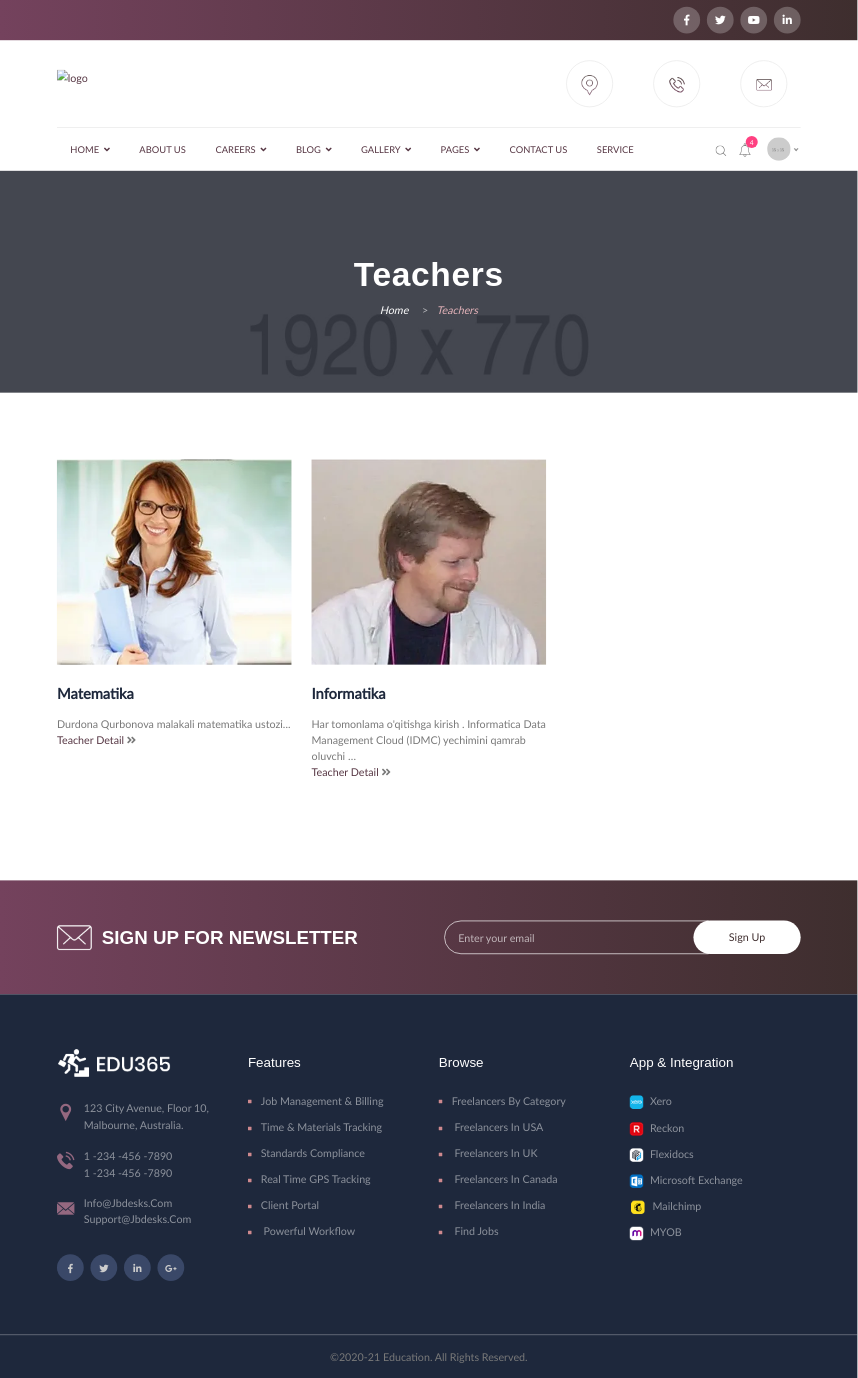
Repository: maqsudov0371/vazifa7oy10dars
Page: http://localhost/teachers/
An editor plug-in stored every save of this project. The page is shown before and after the next save, followed by the edit.
The browser window is 1280 px wide. The pictures show the whole page, at 67% of full size.
Some web fonts or font styles are not loaded; a fallback is used. The page is served by the project's application, run on Django 4.2 (manage.py). Other server files are loaded and not shown. The page reads the database file committed with the project.

Above is the page before, as saved 2024-09-11 20:00:19.
Console error: TypeError: Cannot read properties of undefined (reading 'left')

### main/templates/main/teachers.html
{% extends 'base.html' %}

{% block slider %}
{% endblock slider %}

{% block content %}
    <!-- inner header wrapper start -->
    <div class="page_title_section float_left">
        <div class="page_header">
            <div class="container">
                <div class="row">
                    <!-- section_heading start -->
                    <div class="col-lg-12 col-md-12 col-12 col-sm-12">
                        <h1>Teachers</h1>
                    </div>
                    <div class="col-lg-12 col-md-12 col-12 col-sm-12">
                        <div class="sub_title_section">
                            <ul class="sub_title">
                                <li><a href="{% url 'main:home' %}">Home</a> &nbsp;&nbsp;&nbsp; &gt; &nbsp;&nbsp;</li>
                                <li>Teachers</li>
                            </ul>
                        </div>
                    </div>
                </div>
            </div>
        </div>
    </div>
    <!-- inner header wrapper end -->

    <!-- blog wrapper start -->
    <div class="blog_wrapper float_left">
        <div class="container">
            <div class="row">
                <div class="col-xl-8 col-lg-8 col-md-12 col-sm-12 col-xs-12">
                    <div class="row">
                        {% for teacher in teachers %}


                        <div class="col-md-6">
                            <div class="blog-post-wrapper iner_blog">
                                <div class="post-thumbnail">
                                    <img src="{{ teacher.image.url }}" class="img-responsive" alt="Image">
                                </div>
                                <div class="blog-content edu_service_header">
                                    <header class="entry-header">
                                        <h4 class="entry-title edu_service_heading">
                                            <a href="#">{{ teacher.title }}</a>
                                        </h4>
                                    </header>
                                    <div class="entry-content">
                                        <p>{{ teacher.description|truncatewords:13 }}</p>
                                    </div>
                                    <a href="{% url 'main:teacher_detail' pk=teacher.pk %}">Teacher Detail</a>
                                    <i class="fa fa-angle-double-right" aria-hidden="true"></i>
                                </div>
                            </div>
                        </div>
                        {% endfor %}
                    </div>
                </div>

                <!-- Sidebar -->

            </div>
        </div>
    </div>
    <!-- blog wrapper end -->

    <!-- edu letter wrapper Start -->
    <div class="edu_letter_main_wrapper float_left">
        <div class="container">
            <div class="edu_left_envo">
                <img src="images/innn.png" alt="img">
                <h3>Sign Up for Newsletter</h3>
            </div>
            <div class="edu_right_form">
                <input type="text" placeholder="Enter your email">
                <button>Sign Up</button>
            </div>
        </div>
    </div>
    <!-- edu letter wrapper End -->
{% endblock content %}

### templates/base.html
<!DOCTYPE html>
<!--
Template Name: Edu365 Education HTML
Version: 1.0.0
Author: Webstrot

-->
<!--[if IE 8]> <html lang="en" class="ie8 no-js"> <![endif]-->
<!--[if IE 9]> <html lang="en" class="ie9 no-js"> <![endif]-->
<!--[if !IE]><!-->
<html lang="zxx">
<!--[endif]-->

<head>
    <meta charset="utf-8" />
    <title>Edu365 Education HTML Template</title>
    <meta content="width=device-width, initial-scale=1.0" name="viewport" />
    <meta name="description" content="Education" />
    <meta name="keywords" content="Education" />
    <meta name="author" content="" />
    <meta name="MobileOptimized" content="320" />
    <!--Template style -->
    {% include 'components/_style.html' %}

</head>

<body>
        <div id="preloader">
        <div id="status">
            <img src="/static/images/preloader.gif" id="preloader_image" alt="loader">
        </div>
    </div>
    <!-- edu top header wrapper Start -->
        {% include 'components/header/_top_header.html' %}
    <!-- edu top header wrapper End -->

    <!-- edu logo header wrapper Start -->
        {% include 'components/header/_logo_header.html' %}
    <!-- edu logo header wrapper End -->

    <!-- edu navihation header wrapper Start -->
        {% include 'components/header/_navihation_header.html' %}
    <!-- edu navihation header wrapper End -->

        <!-- edu slider wrapper Start -->
        {% block slider %}
        {% include 'components/header/_slider.html' %}
        {% endblock slider %}
    <!-- edu slider wrapper End -->

    {% block content %}
    {% endblock content %}

     <!-- footer Wrapper Start -->
    {% include 'components/_footer.html' %}
    <!-- footer Wrapper End -->

    {% include 'components/_script.html' %}

</body>
</html>

### templates/components/_style.html
{% load static %}
<link rel="stylesheet" type="text/css" href="{% static 'css/animate.css' %}" />
<link rel="stylesheet" type="text/css" href="{% static 'css/bootstrap.min.css' %}" />
<link rel="stylesheet" type="text/css" href="{% static 'css/fonts.css' %}" />
<link rel="stylesheet" type="text/css" href="{% static 'css/font-awesome.css' %}" />
<link rel="stylesheet" type="text/css" href="{% static 'css/nice-select.css' %}" />
<link rel="stylesheet" type="text/css" href="{% static 'css/settings.css' %}" />
<link rel="stylesheet" type="text/css" href="{% static 'css/book.css' %}" />
<link rel="stylesheet" type="text/css" href="{% static 'css/swiper.css' %}" />
<link rel="stylesheet" type="text/css" href="{% static 'css/venobox.css' %}" />
<link rel="stylesheet" type="text/css" href="{% static 'css/testimonial.css' %}" />
<link rel="stylesheet" type="text/css" href="{% static 'css/flaticon.css' %}" />
<link rel="stylesheet" type="text/css" href="{% static 'css/owl.carousel.css' %}" />
<link rel="stylesheet" type="text/css" href="{% static 'css/owl.theme.default.css' %}" />
<link rel="stylesheet" type="text/css" href="{% static 'css/settings.css' %}" />
<link rel="stylesheet" type="text/css" href="{% static 'css/layers.css' %}" />
<link rel="stylesheet" type="text/css" href="{% static 'css/navigation.css' %}" />
<link rel="stylesheet" type="text/css" href="{% static 'css/style.css' %}" />
<link rel="stylesheet" type="text/css" href="{% static 'css/responsive.css' %}" />
<!--favicon-->
<link rel="shortcut icon" type="image/png" href="{% static 'images/favicon.png' %}" />

### templates/components/header/_top_header.html
<div class="edu_top_header_wrapper float_left">
        <div class="container">
            <div class="row">
                <div class="col-xl-6 col-lg-6 col-md-6 col-sm-12 col-12">
                    <div class="edu_top_header_left_wrapper">
                        <p>{{ header.message }}</p>
                    </div>
                </div>
                <div class="col-xl-6 col-lg-6 col-md-6 col-sm-12 col-12">
                    <div class="edu_top_header_right_wrapper">
                        <ul>
                            <li><a href=""><i class="fab fa-facebook-f"></i></a>
                            </li>
                            <li><a href="#"><i class="fab fa-twitter"></i></a>
                            </li>
                            <li><a target="_blank" href="https://www.youtube.com/{{ header.youtube }}"><i class="fab fa-youtube"></i></a>
                            </li>
                            <li><a href="#"><i class="fab fa-linkedin-in"></i></a>
                            </li>
                        </ul>
                    </div>
                </div>
            </div>
        </div>
    </div>

### templates/components/header/_logo_header.html
<div class="edu_logo_header_wrapper float_left">
        <div class="container">
            <div class="row">
                <div class="col-md-12">
                    <div class="edu_border_line">
                        <div class="row">
                            <div class="col-md-3">
                                <div class="edu_logo_main_wrapper">
                                    <a href="index.html">
                                        <img src="{{ header.logo.url }}" alt="logo">
                                    </a>
                                </div>
                            </div>
                            <div class="col-md-9 d-none d-sm-none d-md-block">
                                <div class="lv_share_info_wrapper">
                                    <ul>
                                        <li>
                                            <div class="lv_header_icon">
                                                <img src="/static/images/pin.png" alt="Map Icon" title="Map Icon">
                                            </div>
                                            <p>{{ header.address }}</p>
                                        </li>
                                        <li>
                                            <div class="lv_header_icon">
                                                <img src="/static/images/phone.png" alt="Call Icon" title="Call Icon">
                                            </div>
                                            <p>{{ header.phone1 }}
                                                <br>{{ header.phone2 }}</p>
                                        </li>
                                        <li>
                                            <div class="lv_header_icon">
                                                <img src="/static/images/env.png" alt="Mail Icon" title="Mail Icon">
                                            </div>
                                            <p> <a href="#">{{ header.email1 }}</a>
                                                <br> <a href="#">{{ header.email2 }}</a>
                                            </p>
                                        </li>
                                    </ul>
                                </div>
                            </div>
                        </div>
                    </div>
                </div>
            </div>
        </div>
    </div>
    <a id="back2Top" title="Back to top" href="#">&#10148;</a>

### main/models.py
from django.db import models
from django.contrib.auth.models import AbstractUser, User
from django.urls import reverse
from django.core.validators import FileExtensionValidator
from PIL import Image
from django.db import models



# Create your models here.

class User(AbstractUser):
    phone = models.CharField(max_length=13, blank=True,  db_index=True)
    auth_code = models.CharField(max_length=6, blank=True)

    # def get_absolute_url(self):
    #     print(self)
    #     return reverse("main:account", kwargs={"id": self.id})

    def __str__(self) -> str:
        return f"{self.username}"


class Category(models.Model):
    title = models.CharField(max_length=15)

    def __str__(self) -> str:
        return f"{self.title}"


class Tag(models.Model):
    title = models.CharField(max_length=15)

    def __str__(self) -> str:
        return f"{self.title}"




class Course(models.Model):
    LANGUAGES = (
        ('uz', 'O\'zbekcha'),
        ('ru', 'Ruscha'),
        ('en', 'Inglizcha'),
    )
    title = models.CharField(max_length=100)
    slug = models.SlugField(max_length=255, unique=True, blank=True)
    description = models.TextField()
    duration = models.DurationField(blank=True)
    price = models.DecimalField(max_digits=10, decimal_places=2)  # 100.00
    category = models.ForeignKey('Category', on_delete=models.CASCADE, related_name="courses")
    created_at = models.DateTimeField(verbose_name="Boshlanish vaqti")
    updated_at = models.DateTimeField(auto_now=True, verbose_name="Yangilanish vaqti")
    language = models.CharField(max_length=100, blank=True, choices=LANGUAGES)
    rating = models.PositiveBigIntegerField(verbose_name="Rating", default=0)
    image = models.ImageField(upload_to="images", blank=True)
    tags = models.ManyToManyField('Tag', verbose_name="tags")

    class Meta:
        ordering = ['-rating']

    def save(self, *args, **kwargs):
        # Call the parent save method to save the object
        super().save(*args, **kwargs)

        if self.image:
            img = Image.open(self.image.path)

            # Resize the image to 150x220
            img = img.resize((150, 220), Image.ANTIALIAS)
            img.save(self.image.path)


# -------------------------------------------------------------------

class Header(models.Model):
    message = models.CharField(max_length=150)
    facebook = models.CharField(max_length=30)
    twitter = models.CharField(max_length=30)
    youtube = models.CharField(max_length=30)
    linkedin = models.CharField(max_length=30)
    logo = models.ImageField(upload_to="header/logo/")
    address = models.CharField(max_length=150)
    phone1 = models.CharField(max_length=15)
    phone2 = models.CharField(max_length=15)
    email1 = models.EmailField()
    email2 = models.EmailField()

    def __str__(self):
        return f"{self.message}"


class HeaderImage(models.Model):
    service = models.CharField(max_length=100)
    content = models.CharField(max_length=255)
    header = models.ForeignKey(Header, on_delete=models.CASCADE)
    image = models.ImageField(upload_to='header/images/')


class Service(models.Model):
    title = models.CharField(max_length=150)
    content = models.TextField()
    image = models.ImageField(upload_to="service/", help_text="O'lcham: 160x250 px")
    book_image = models.ImageField(upload_to="book/image/", help_text="O'lcham 371x202 px")
    created_at = models.DateTimeField(auto_now_add=True)


class ServiceBook(models.Model):
    service = models.ForeignKey(Service, on_delete=models.PROTECT)
    file = models.FileField(upload_to="book/file/", validators=[
        FileExtensionValidator(allowed_extensions=['pdf', 'doc', 'docx'])
    ])


class Teachers(models.Model):
    title = models.CharField(max_length=255)
    name = models.CharField(max_length=100)
    image = models.ImageField(upload_to="teachers/images/", help_text="O'lcham 372x325 px")
    description = models.TextField()
    age = models.PositiveIntegerField()

### config/urls.py
"""
URL configuration for config project.

The `urlpatterns` list routes URLs to views. For more information please see:
    https://docs.djangoproject.com/en/4.2/topics/http/urls/
Examples:
Function views
    1. Add an import:  from my_app import views
    2. Add a URL to urlpatterns:  path('', views.home, name='home')
Class-based views
    1. Add an import:  from other_app.views import Home
    2. Add a URL to urlpatterns:  path('', Home.as_view(), name='home')
Including another URLconf
    1. Import the include() function: from django.urls import include, path
    2. Add a URL to urlpatterns:  path('blog/', include('blog.urls'))
"""
from django.contrib import admin
from django.urls import path, include
from django.conf import settings
from django.conf.urls.static import static

urlpatterns = [
    path('admin/', admin.site.urls),
    path('', include('main.urls', namespace="main")),
]

urlpatterns += static(settings.MEDIA_URL, document_root=settings.MEDIA_ROOT)

### main/urls.py
from django.urls import path
from .views import (HomePageView, RegisterView, LoginView, CourseDetailView,
                    AddCourseView, UpdateCourseView, ServiceView, ServiceDetailView, TeacherView, TeacherDetailView)

app_name = 'main'

urlpatterns = [
    path('', HomePageView.as_view(), name="home"),
    path('register', RegisterView.as_view(), name="register"),
    path('login', LoginView.as_view(), name="kirish"),
    path('course/<str:slug>', CourseDetailView.as_view(), name="detail"),
    path('add_course', AddCourseView.as_view(), name="add_course"),
    path('course/<int:pk>/edit', UpdateCourseView.as_view(), name="update_course"),
    path('service/', ServiceView.as_view(), name="services"),
    path('service_detail/<int:pk>/', ServiceDetailView.as_view(), name='service_detail'),
    path('teachers/', TeacherView.as_view(), name='teachers'),
   path('teacher/<int:pk>/', TeacherDetailView.as_view(), name='teacher_detail'),

]

### staticfiles/css/flaticon.css
	/*
  	Flaticon icon font: Flaticon
  	Creation date: 03/07/2019 08:55
  	*/

@font-face {
  font-family: "Flaticon";
  src: url("../fonts/Flaticon.eot");
  src: url("../fonts/Flaticon.eot?#iefix") format("embedded-opentype"),
       url("../fonts/Flaticon.woff2") format("woff2"),
       url("../fonts/Flaticon.woff") format("woff"),
       url("../fonts/Flaticon.ttf") format("truetype"),
       url("../fonts/Flaticon.svg#Flaticon") format("svg");
  font-weight: normal;
  font-style: normal;
}

@media screen and (-webkit-min-device-pixel-ratio:0) {
  @font-face {
    font-family: "Flaticon";
    src: url("./Flaticon.svg#Flaticon") format("svg");
  }
}

[class^="flaticon-"]:before, [class*=" flaticon-"]:before,
[class^="flaticon-"]:after, [class*=" flaticon-"]:after {
  font-family: Flaticon;
        font-size: 20px;
font-style: normal;
margin-left: 20px;
}

.flaticon-menu:before { content: "\f100"; }
.flaticon-close-envelope:before { content: "\f101"; }
.flaticon-telephone:before { content: "\f102"; }
.flaticon-map-marker:before { content: "\f103"; }
.flaticon-plus-symbol:before { content: "\f104"; }
.flaticon-left-arrow:before { content: "\f105"; }
.flaticon-right-arrow:before { content: "\f106"; }
.flaticon-notification:before { content: "\f107"; }
.flaticon-college-graduation:before { content: "\f108"; }
.flaticon-books-stack-of-three:before { content: "\f109"; }
.flaticon-classroom:before { content: "\f10a"; }
.flaticon-kids-couple:before { content: "\f10b"; }
.flaticon-file:before { content: "\f10c"; }

### db.sqlite3 (the tables this page reads, as SQL)
CREATE TABLE "main_teachers" ("id" integer NOT NULL PRIMARY KEY AUTOINCREMENT, "title" varchar(255) NOT NULL, "name" varchar(100) NOT NULL, "image" varchar(100) NOT NULL, "description" text NOT NULL, "age" integer unsigned NOT NULL CHECK ("age" >= 0));
INSERT INTO "main_teachers" VALUES
(1, 'Matematika', 'Dildora Qurbonova', 'teachers/images/i_4.webp', 'Durdona Qurbonova malakali matematika ustozi...', 27),
(2, 'informatika', 'Asilbek Alixonov', 'teachers/images/i_7.webp', 'Har tomonlama o''qitishga kirish . Informatica Data Management Cloud (IDMC) yechimini qamrab oluvchi Instructor Led va Self-Paced kurslari toʻplami.', 35);

Loaded but not shown: staticfiles/css/animate.css (library); staticfiles/css/bootstrap.min.css (library); staticfiles/css/font-awesome.css (library); staticfiles/css/nice-select.css (common file); staticfiles/css/settings.css (library); staticfiles/css/swiper.css (library); staticfiles/css/venobox.css (common file); staticfiles/css/owl.carousel.css (library); staticfiles/css/owl.theme.default.css (common file); staticfiles/css/style.css (library); staticfiles/js/jquery-3.3.1.min.js (library); staticfiles/js/bootstrap.min.js (library); staticfiles/js/modernizr.js (library); staticfiles/js/jquery.themepunch.revolution.min.js (library); staticfiles/js/jquery.themepunch.tools.min.js (library); staticfiles/js/jquery.countTo.js (common file); staticfiles/js/jquery.inview.min.js (common file); staticfiles/js/swiper.min.js (library); staticfiles/js/venobox.min.js (library); staticfiles/js/owl.carousel.js (library); staticfiles/js/jquery.menu-aim.js (library); staticfiles/js/jquery.nice-select.min.js (common file); staticfiles/js/revolution.extension.actions.min.js (library); staticfiles/js/revolution.extension.carousel.min.js (library); staticfiles/js/revolution.extension.kenburn.min.js (library); staticfiles/js/revolution.extension.layeranimation.min.js (library); staticfiles/js/revolution.extension.migration.min.js (library); staticfiles/js/revolution.extension.navigation.min.js (library); staticfiles/js/revolution.extension.parallax.min.js (library); staticfiles/js/revolution.extension.slideanims.min.js (library); staticfiles/js/revolution.extension.video.min.js (library); staticfiles/js/custom.js (239 lines, source omitted); staticfiles/js/testimonial.js (106 lines, source omitted); staticfiles/css/layers.css (5805 lines, source omitted); staticfiles/css/navigation.css (2642 lines, source omitted); templates/components/header/_navihation_header.html (606 lines, source omitted); staticfiles/css/book.css (669 lines, source omitted); staticfiles/css/fonts.css (342 lines, source omitted); staticfiles/css/testimonial.css (69 lines, source omitted); templates/components/_script.html (186 lines, source omitted); staticfiles/css/responsive.css (431 lines, source omitted); main/views.py (211 lines, source omitted); templates/components/_footer.html (119 lines, source omitted)

After the next save:
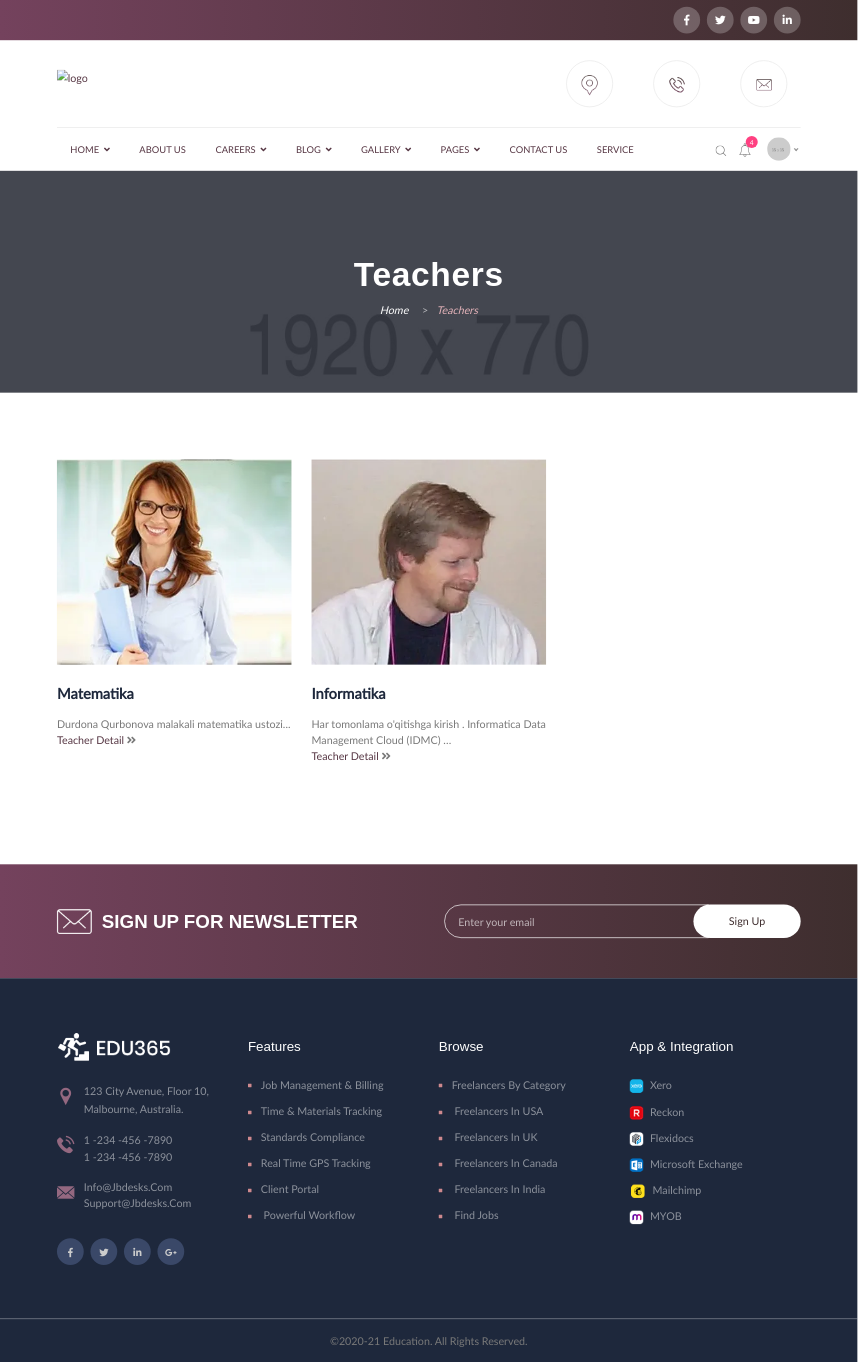
Saved 20 s later.
--- a/main/templates/main/teachers.html
+++ b/main/templates/main/teachers.html
@@ -48,7 +48,7 @@
                                         </h4>
                                     </header>
                                     <div class="entry-content">
-                                        <p>{{ teacher.description|truncatewords:13 }}</p>
+                                        <p>{{ teacher.description|truncatewords:10 }}</p>
                                     </div>
                                     <a href="{% url 'main:teacher_detail' pk=teacher.pk %}">Teacher Detail</a>
                                     <i class="fa fa-angle-double-right" aria-hidden="true"></i>
